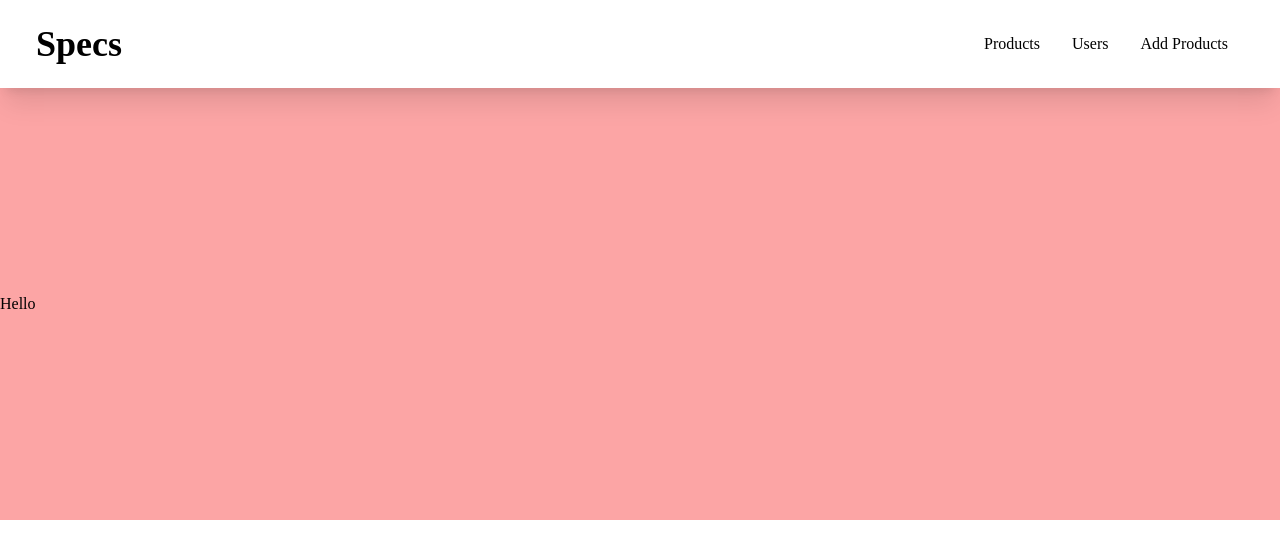
Repository: rushit163/frames-ecommerce
Page: /
These files come from the project's save history. The page is drawn as it stood at one moment and after the next save; the edit follows.
The browser window is 1280 px wide. The pictures show the whole page.
The project was rebuilt for these pictures with package versions that can differ from the ones it lists, and the page was loaded fresh each time. The framework's server and built-in components were replaced by stand-ins that run in the browser. Also part of the build but not shown: next.config.js.

Above is the page before, as saved 2023-05-06 07:30:25.

### pages/index.tsx
import Image from 'next/image'
import { Inter } from 'next/font/google';
import Admin_homePage from './Admin_homePage';
import Add_Products from './Add_Products';
const inter = Inter({ subsets: ['latin'] })

export default function Home() {
  return (

      <Add_Products/>

  )
}

### styles/globals.css
@tailwind base;
@tailwind components;
@tailwind utilities;

@import url("https://fonts.googleapis.com/css2?family=Playfair+Display:ital,wght@0,400;0,500;0,600;0,700;0,800;0,900;1,400;1,500;1,600;1,700;1,800;1,900&display=swap");

.swiper {
  width: 700px;
  height: 500px;
}

### pages/Add_Products.tsx
import Navbar from '@/components/Navbar_Admin'
import React from 'react'

const Add_Products = () => {
  return (
    <>
    <Navbar/>
    <div className=" bg-red-300 h-[60vh] w-full flex items-center ">
      <h1>Hello</h1>
    </div>
    </>
  )
}

export default Add_Products

### components/Navbar_Admin.tsx
import Link from 'next/link';
import React, { useState } from 'react';


const Navbar = () => {
  const [nav, setNav] = useState(false);

  const handleNav = () => {
    setNav(!nav);
  };


  return (
    <div className='sticky bg-primary left-0 top-0 w-full ease-in duration-300 shadow-xl'>
      <div className='max-w-[1240px] m-auto flex justify-between items-center p-4 text-black'>
        <Link href='/'>
          <h1  className='font-bold text-4xl'>
            Specs
          </h1>
        </Link>
        <ul className='hidden sm:flex'>

          <li className='p-4'>
            <Link href='/#gallery'>Products</Link>
          </li>
          <li className='p-4'>
            <Link href='/work'>Users</Link>
          </li>
          <li className='p-4'>
            <Link href='/contact'>Add Products</Link>
          </li>
        </ul>

        {/* Mobile Button */}
        <div onClick={handleNav} className='block sm:hidden z-10 cursor-pointer'>
          {nav ? (
            <div>
                <svg xmlns="http://www.w3.org/2000/svg" fill="none" viewBox="0 0 24 24" strokeWidth={1.5} stroke="currentColor" className="w-6 h-6">
                <path strokeLinecap="round" strokeLinejoin="round" d="M6 18L18 6M6 6l12 12" />
                </svg>

            </div>
          ) : (
            <div >
                <svg xmlns="http://www.w3.org/2000/svg" fill="none" viewBox="0 0 24 24" strokeWidth={1.5}  stroke="currentColor" className="w-6 h-6">
                 <path strokeLinecap="round" strokeLinejoin="round" d="M3.75 5.25h16.5m-16.5 4.5h16.5m-16.5 4.5h16.5m-16.5 4.5h16.5" />
                </svg>
            </div>
          )}
        </div>
        {/* Mobile Menu */}
        <div
          className={
            nav
              ? 'sm:hidden absolute top-0 left-0 right-0 bottom-0 flex justify-center items-center w-full h-screen bg-primary bg-opacity-70 backdrop-blur-sm text-center ease-in duration-300'
              : 'sm:hidden absolute top-0 left-[-100%] right-0 bottom-0 flex justify-center items-center w-full h-screen bg-primary text-center ease-in duration-300 bg-opacity-70 backdrop-blur-sm'
          }
        >
          <ul>
            <li onClick={handleNav} className='p-4 text-4xl '>
              <Link href='/'>Products</Link>
            </li>
            <li onClick={handleNav} className='p-4 text-4xl '>
              <Link href='/#gallery'>User</Link>
            </li>
            <li onClick={handleNav} className='p-4 text-4xl '>
              <Link href='/work'>Add products</Link>
            </li>
            {/* <li onClick={handleNav} className='p-4 text-4xl'>
              <Link href='/contact'>Contact</Link>
            </li> */}
          </ul>
        </div>
      </div>
    </div>
  );
};




export default Navbar;

### tailwind.config.js
/** @type {import('tailwindcss').Config} */
module.exports = {
  content: [
    "./pages/**/*.{js,ts,jsx,tsx,mdx}",
    "./components/**/*.{js,ts,jsx,tsx,mdx}",
    "./app/**/*.{js,ts,jsx,tsx,mdx}",
  ],
  theme: {
    extend: {
      colors: {
        primary: "#ffffff",
        secondary: "#7e57c2",
      },
      fontFamily: {
        primary: ["Playfair Display", "serif"],
      },
    },
  },
  plugins: [require("@tailwindcss/forms")],
};

Loaded but not shown: pages/_app.tsx (common file); pages/_document.tsx (common file)

After the next save:
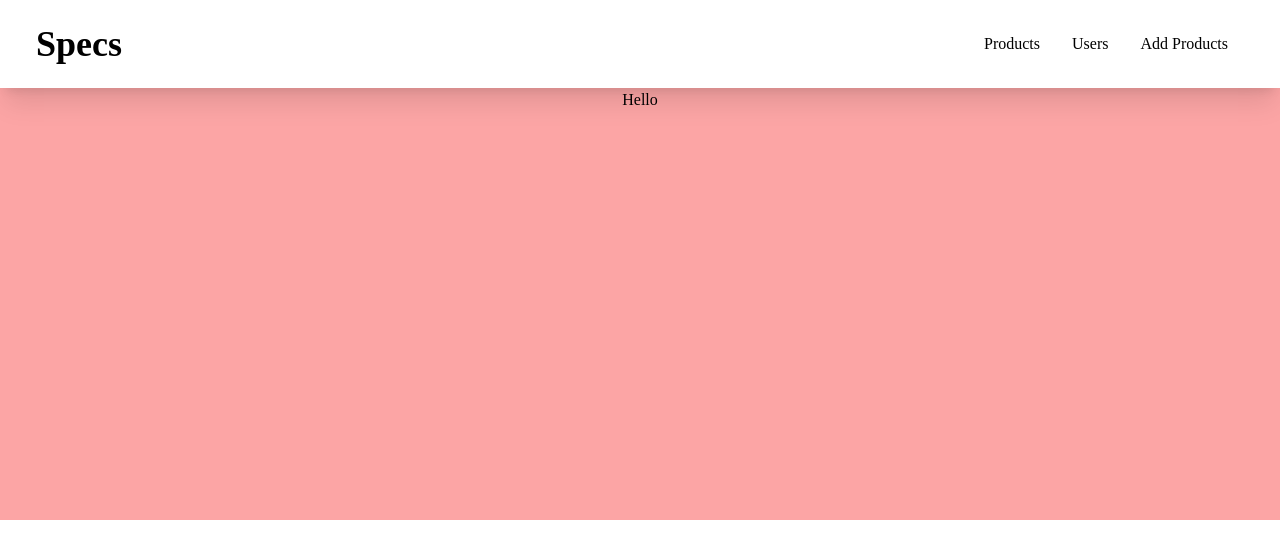
Saved 11 s later.
--- a/pages/Add_Products.tsx
+++ b/pages/Add_Products.tsx
@@ -5,7 +5,7 @@ const Add_Products = () => {
   return (
     <>
     <Navbar/>
-    <div className=" bg-red-300 h-[60vh] w-full flex items-center ">
+    <div className=" bg-red-300 h-[60vh] w-full flex  justify-center">
       <h1>Hello</h1>
     </div>
     </>
